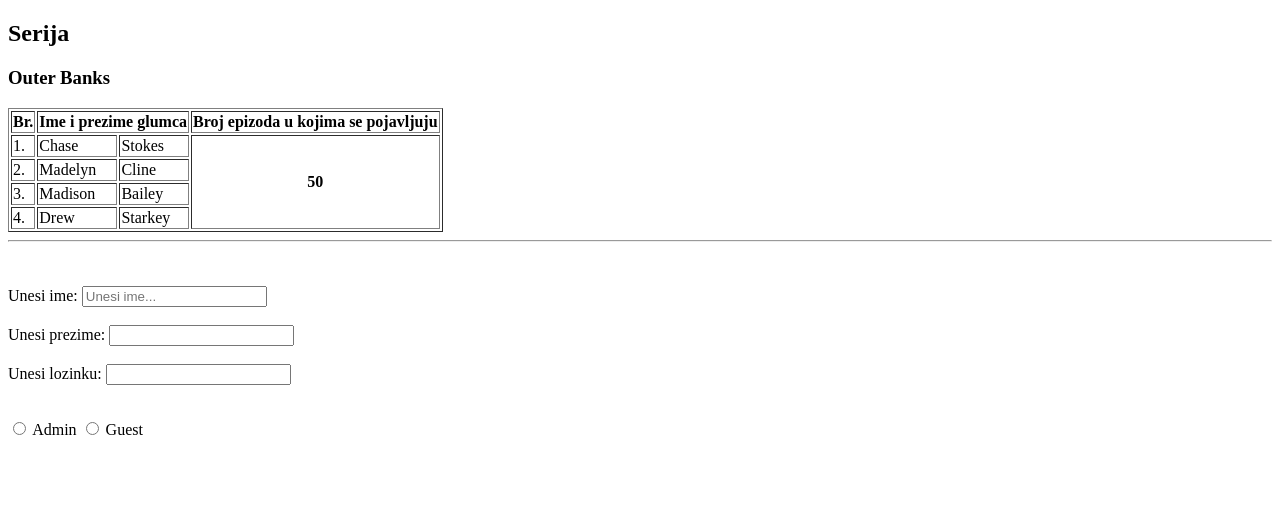
Repository: larabiondic/wp_biondic_lara
Page: Domace zadace/Zadaća.2.html
The author's editor kept a copy of each file at every save. The page is drawn from the files as they stood at one save, then again after the next save.
The browser window is 1280 px wide. The pictures show the whole page.

Above is the page before, as saved 2025-11-03 20:42:32.

After the next save:
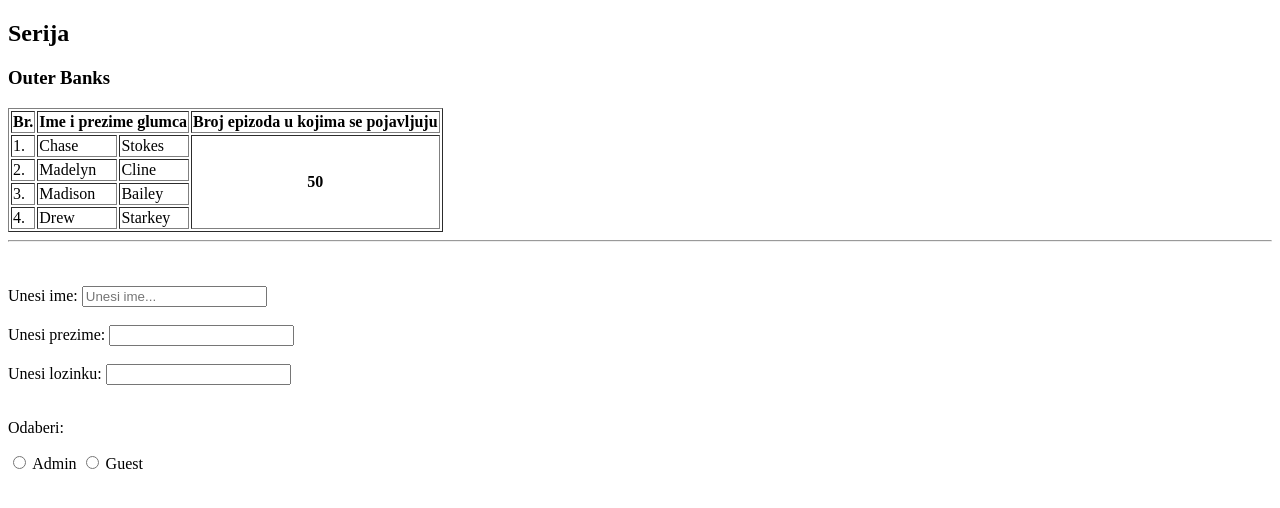
Saved 30 s later.
--- a/Domace zadace/Zadaća.2.html
+++ b/Domace zadace/Zadaća.2.html
@@ -57,13 +57,11 @@
         <input type="password" name="pass" id="pass" required>
         <br>
         <br>
-        <p></p>
+        <p>Odaberi:</p>
         <input type="radio" name="admin" id="admin">
         <label for="admin">Admin</label>
         <input type="radio" name="guest" id="guest">
         <label for="guest">Guest</label>
-
-
         <br>
     </form>
 </body>
